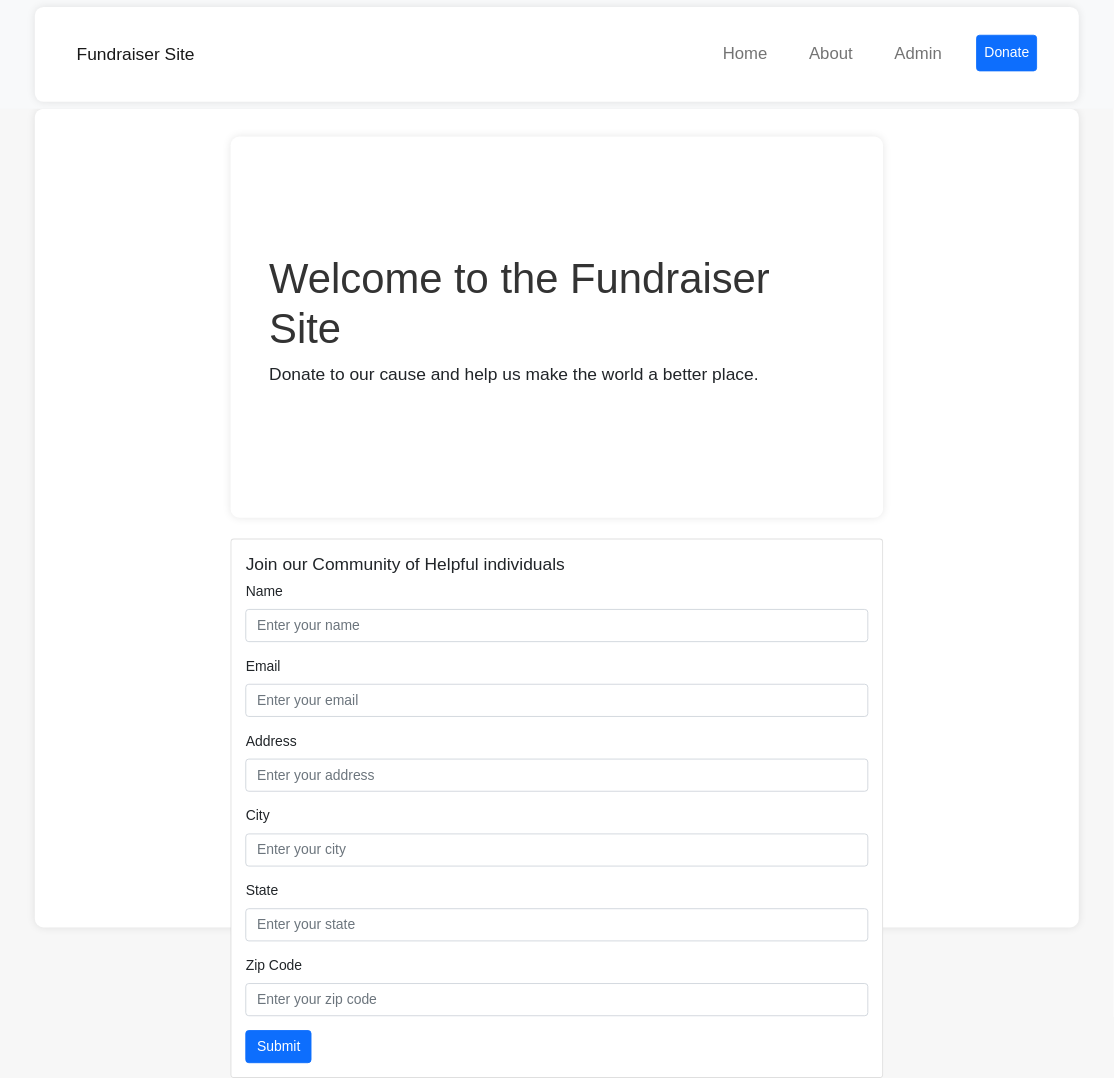
Repository: DragonFruit8/Fundraiser-Page
Page: /
These files come from the project's save history. The page is drawn as it stood at one moment and after a run of saves; the edit follows.
The browser window is 1280 px wide. The pictures show the whole page, at 87% of full size.
The project was rebuilt for these pictures with package versions that can differ from the ones it lists, and the page was loaded fresh each time. Also part of the build but not shown: src/pages/About.js, src/pages/Donate.js, src/pages/Admin.js.

Above is the page before, as saved 2024-07-19 13:02:04.

### public/index.html
<!DOCTYPE html>
<html lang="en">
  <head>
    <meta charset="utf-8" />
    <link rel="icon" href="%PUBLIC_URL%/favicon.ico" />
    <meta name="viewport" content="width=device-width, initial-scale=1" />
    <meta name="theme-color" content="#000000" />
    <meta
      name="description"
      content="Web site created using create-react-app"
    />
    <link rel="apple-touch-icon" href="%PUBLIC_URL%/logo192.png" />
    <link
      href="https://cdn.jsdelivr.net/npm/bootstrap@5.0.2/dist/css/bootstrap.min.css"
      rel="stylesheet"
      integrity="sha384-EVSTQN3/azprG1Anm3QDgpJLIm9Nao0Yz1ztcQTwFspd3yD65VohhpuuCOmLASjC"
      crossorigin="anonymous"
    />
    <!--
      manifest.json provides metadata used when your web app is installed on a
      user's mobile device or desktop. See https://developers.google.com/web/fundamentals/web-app-manifest/
    -->
    <link rel="manifest" href="%PUBLIC_URL%/manifest.json" />
    <!--
      Notice the use of %PUBLIC_URL% in the tags above.
      It will be replaced with the URL of the `public` folder during the build.
      Only files inside the `public` folder can be referenced from the HTML.

      Unlike "/favicon.ico" or "favicon.ico", "%PUBLIC_URL%/favicon.ico" will
      work correctly both with client-side routing and a non-root public URL.
      Learn how to configure a non-root public URL by running `npm run build`.
    -->
    <title>React App</title>
  </head>
  <body>
    <noscript>You need to enable JavaScript to run this app.</noscript>
    <div id="root"></div>
    <!--
      This HTML file is a template.
      If you open it directly in the browser, you will see an empty page.

      You can add webfonts, meta tags, or analytics to this file.
      The build step will place the bundled scripts into the <body> tag.

      To begin the development, run `npm start` or `yarn start`.
      To create a production bundle, use `npm run build` or `yarn build`.
    -->
    <script
      src="https://cdn.jsdelivr.net/npm/bootstrap@5.0.2/dist/js/bootstrap.bundle.min.js"
      integrity="sha384-MrcW6ZMFYlzcLA8Nl+NtUVF0sA7MsXsP1UyJoMp4YLEuNSfAP+JcXn/tWtIaxVXM"
      crossorigin="anonymous"
    ></script>
    <script
      src="https://cdn.jsdelivr.net/npm/@popperjs/core@2.9.2/dist/umd/popper.min.js"
      integrity="sha384-IQsoLXl5PILFhosVNubq5LC7Qb9DXgDA9i+tQ8Zj3iwWAwPtgFTxbJ8NT4GN1R8p"
      crossorigin="anonymous"
    ></script>
    <script
      src="https://cdn.jsdelivr.net/npm/bootstrap@5.0.2/dist/js/bootstrap.min.js"
      integrity="sha384-cVKIPhGWiC2Al4u+LWgxfKTRIcfu0JTxR+EQDz/bgldoEyl4H0zUF0QKbrJ0EcQF"
      crossorigin="anonymous"
    ></script>
  </body>
</html>

### src/App.js
import React from 'react';
import { BrowserRouter as Router, Route, Routes, Link } from 'react-router-dom';
import Home from './pages/HomeContainer';
import About from './pages/About';
import Donate from './pages/Donate';
import Admin from './pages/Admin';
import GlobalStyle from './globalStyles';
import Navbar from './components/Navbar';

const App = () => {
  return (
    <Router>
      <GlobalStyle />
        <Navbar />
      <Routes>
          <Route exact path="/" element={<Home />} />
          <Route path="/about" element={<About />} />
          <Route path="/donate" element={<Donate />} />
          <Route path="/admin" element={<Admin />} />
      </Routes>
    </Router>
  );
};

export default App;

### src/pages/HomeContainer.js

import React, { useState } from 'react';


const HomeContainer = () => {
    const [residentialInfo, setResidentialInfo] = useState({
        address: '',
        city: '',
        state: '',
        zipCode: ''
    });

    const handleChange = (e) => {
        setResidentialInfo({
            ...residentialInfo,
            [e.target.name]: e.target.value
        });
    };

    const handleSubmit = (e) => {
        e.preventDefault();
        // Send residentialInfo to the association for neighbors
        console.log(residentialInfo);
        // Reset the form
        setResidentialInfo({
            address: '',
            city: '',
            state: '',
            zipCode: ''
        });
    };

    return (
        <section className="container">
            <div className="row justify-content-center">
                <div className="col-md-8">
                    <div className="d-flex container row h-50 justify-content-center align-items-center">
                        <div className="col">
                            <h1 className="display-5">Welcome to the Fundraiser Site</h1>
                            <p className="lead">Donate to our cause and help us make the world a better place.</p>
                        </div>
                    </div>
                    <div className="card mt-4">
                        <div className="card-body">
                            <h5 className="card-title">Join our Community of Helpful individuals</h5>
                            <form onSubmit={handleSubmit}>
                                <div className="mb-3">
                                    <label htmlFor="name" className="form-label">Name</label>
                                    <input type="text" className="form-control" id="name" placeholder="Enter your name" />
                                </div>
                                <div className="mb-3">
                                    <label htmlFor="email" className="form-label">Email</label>
                                    <input type="email" className="form-control" id="email" placeholder="Enter your email" />
                                </div>
                                <div className="mb-3">
                                    <label htmlFor="address" className="form-label">Address</label>
                                    <input type="text" className="form-control" id="address" name="address" value={residentialInfo.address} onChange={handleChange} placeholder="Enter your address" />
                                </div>
                                <div className="mb-3">
                                    <label htmlFor="city" className="form-label">City</label>
                                    <input type="text" className="form-control" id="city" name="city" value={residentialInfo.city} onChange={handleChange} placeholder="Enter your city" />
                                </div>
                                <div className="mb-3">
                                    <label htmlFor="state" className="form-label">State</label>
                                    <input type="text" className="form-control" id="state" name="state" value={residentialInfo.state} onChange={handleChange} placeholder="Enter your state" />
                                </div>
                                <div className="mb-3">
                                    <label htmlFor="zipCode" className="form-label">Zip Code</label>
                                    <input type="text" className="form-control" id="zipCode" name="zipCode" value={residentialInfo.zipCode} onChange={handleChange} placeholder="Enter your zip code" />
                                </div>
                                <button type="submit" className="btn btn-primary">Submit</button>
                            </form>
                        </div>
                    </div>
                </div>
            </div>
        </section>
    );
    };


export default HomeContainer;

### src/globalStyles.js
import { createGlobalStyle } from 'styled-components';

const GlobalStyle = createGlobalStyle`
  body {
    margin: 0;
    padding: 0;
    font-family: 'Arial', sans-serif;
    background-color: #f7f7f7;
  }

  nav {
    background-color: #333;
    padding: 1rem;
    display: flex;
    justify-content: center;
  }

  nav a {
    color: #fff;
    margin: 0 1rem;
    text-decoration: none;
    font-size: 1.2rem;
  }

  nav a:hover {
    text-decoration: underline;
  }

  .container {
    max-width: 1200px;
    margin: 0 auto;
    padding: 2rem;
    background-color: #fff;
    box-shadow: 0 0 10px rgba(0, 0, 0, 0.1);
    border-radius: 10px;
  }

  h1 {
    color: #333;
  }

  button {
    background-color: #007BFF;
    color: #fff;
    border: none;
    padding: 0.5rem 1rem;
    font-size: 1rem;
    border-radius: 5px;
    cursor: pointer;
  }

  button:hover {
    background-color: #0056b3;
  }

  input {
    padding: 0.5rem;
    font-size: 1rem;
    margin-right: 0.5rem;
    border-radius: 5px;
    border: 1px solid #ccc;
  }
`;

export default GlobalStyle;

### src/components/Navbar.js
import React from 'react';
import { Link } from 'react-router-dom';

const Navbar = () => {
    return (
        <nav className="navbar navbar-expand-lg navbar-light bg-light">
            <div className="container">
                <Link className="navbar-brand" to="/">Fundraiser Site</Link>
                <button className="navbar-toggler" type="button" data-bs-toggle="collapse" data-bs-target="#navbarNav" aria-controls="navbarNav" aria-expanded="false" aria-label="Toggle navigation">
                    <span className="navbar-toggler-icon"></span>
                </button>
                <div className="collapse navbar-collapse" id="navbarNav">
                    <ul className="navbar-nav ms-auto">
                        <li className="nav-item">
                            <Link className="nav-link" to="/">Home</Link>
                        </li>
                        <li className="nav-item">
                            <Link className="nav-link" to="/about">About</Link>
                        </li>
                        <li className="nav-item">
                            <Link className="nav-link" to="/admin">Admin</Link>
                        </li>
                        <li className="nav-item">
                            <Link className="nav-link btn btn-primary text-white" to="/donate">Donate</Link>
                        </li>
                    </ul>
                </div>
            </div>
        </nav>
    );
}

export default Navbar;

Loaded but not shown: src/index.js (common file); src/index.css (common file)

After the next 2 saves:
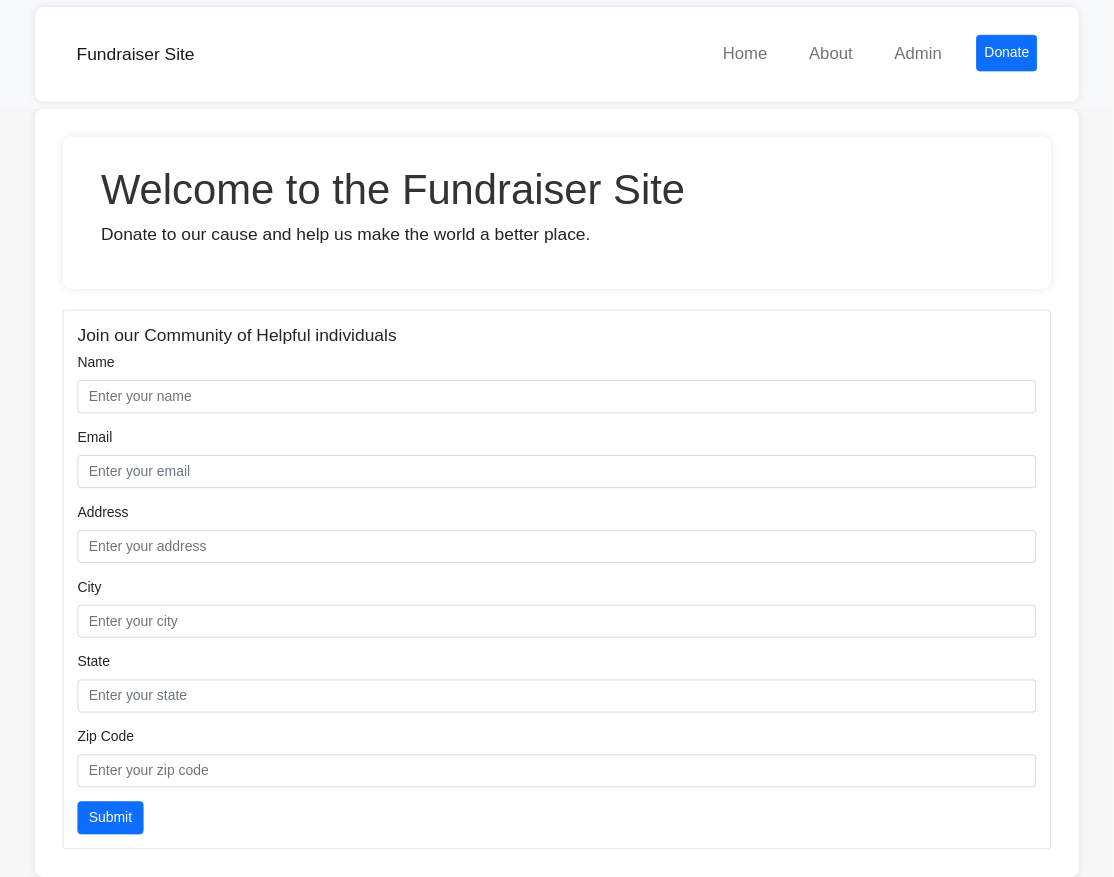
The 2 saves are shown as one change because they came seconds apart.
The last was saved 20 s later.
--- a/src/pages/HomeContainer.js
+++ b/src/pages/HomeContainer.js
@@ -32,8 +32,8 @@ const HomeContainer = () => {
 
     return (
         <section className="container">
-            <div className="row justify-content-center">
-                <div className="col-md-8">
+            <div className="col justify-content-center">
+                <div className="row-md-8">
                     <div className="d-flex container row h-50 justify-content-center align-items-center">
                         <div className="col">
                             <h1 className="display-5">Welcome to the Fundraiser Site</h1>
